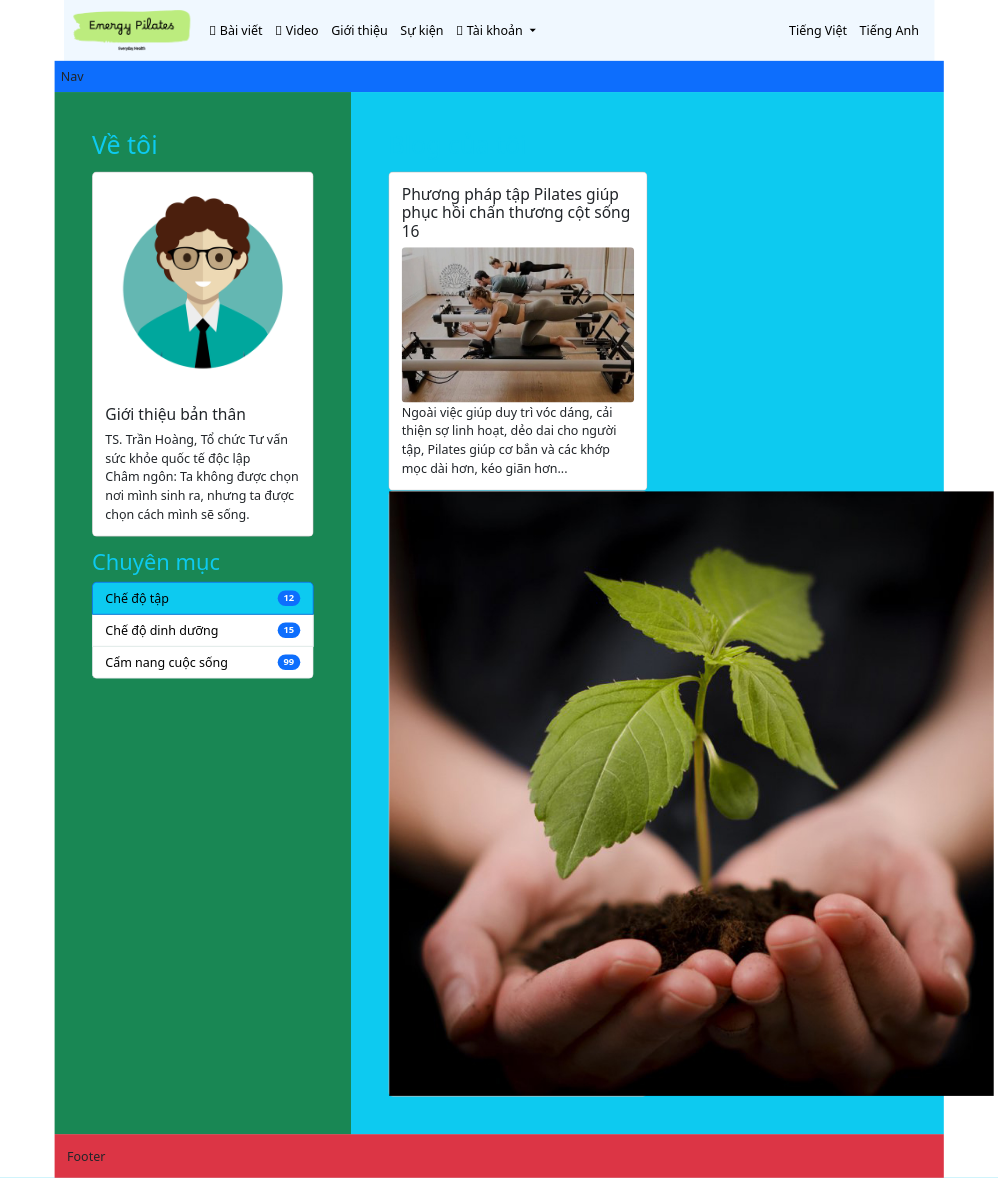
Repository: KizukoHeiwa/SOF308
Page: Lab1/index.html
The author's editor kept a copy of each file at every save. The page is drawn from the files as they stood at one save, then again after the next save.
The browser window is 1280 px wide. The pictures show the whole page, at 78% of full size.

Above is the page before, as saved 2024-10-31 10:29:11.

After the next save:
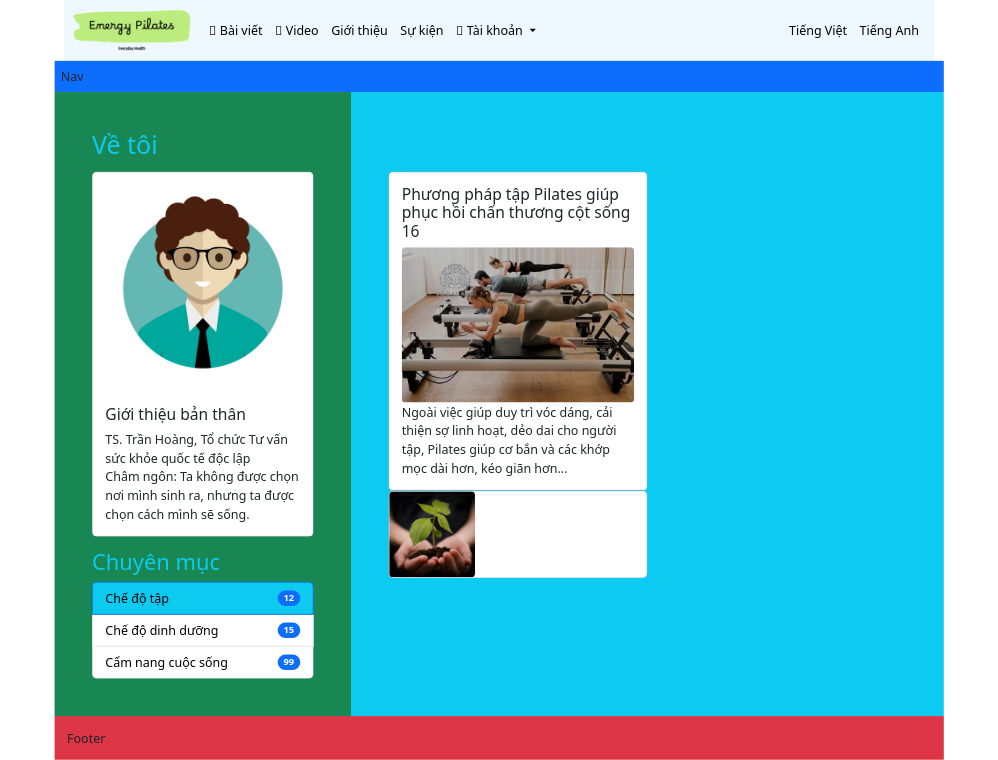
Saved 6 s later.
--- a/Lab1/index.html
+++ b/Lab1/index.html
@@ -114,7 +114,7 @@
                     </div>
                     <div class="card col-sm-6">
                         <div class="col-4">
-                            <img src="img/corevalue.jpg" alt="">
+                            <img src="img/corevalue.jpg" alt="" class="card-img">
                         </div>
                     </div>
                 </div>
